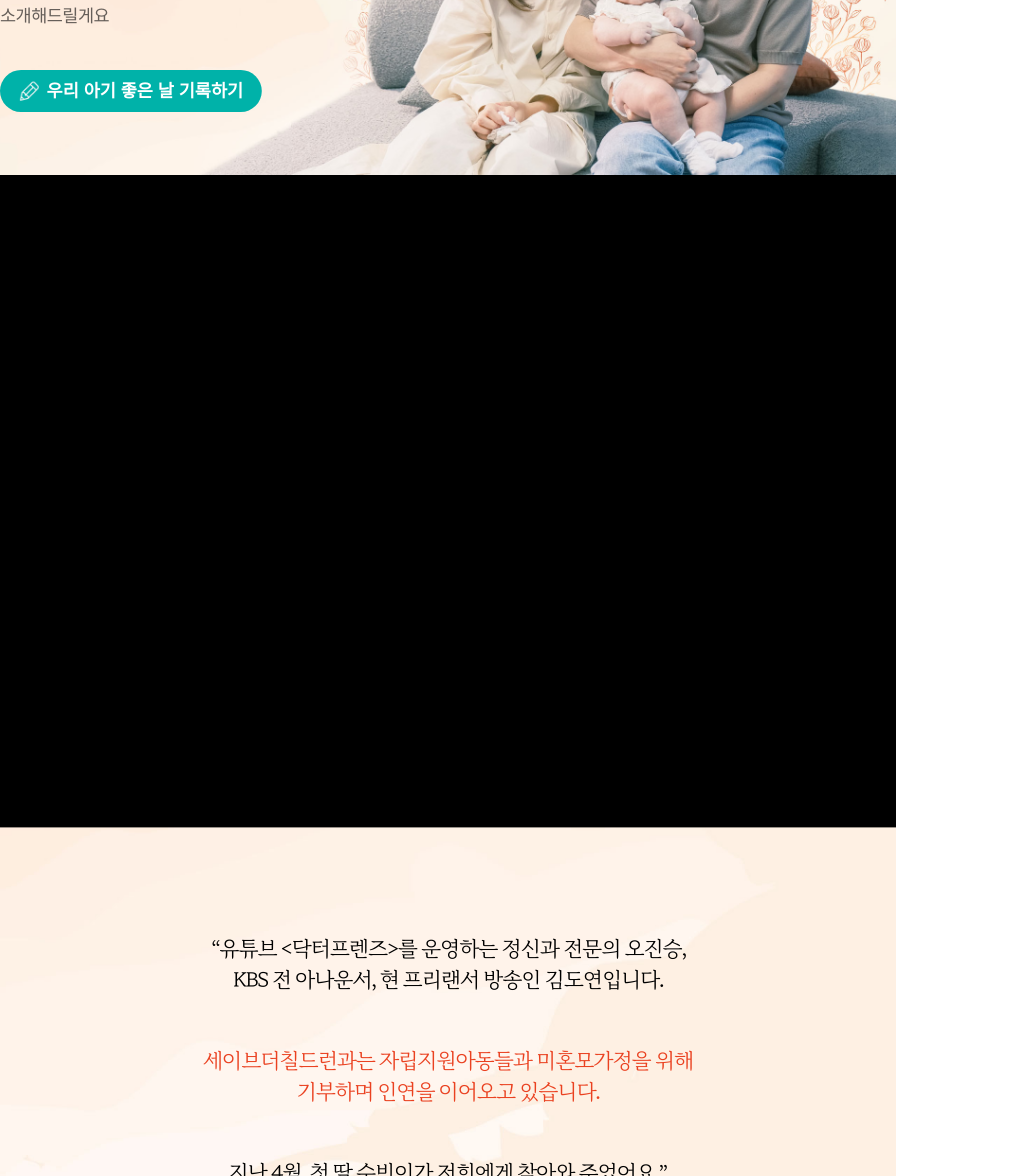
Repository: dlgywls1130/saveTheChildren
Page: index.html
The author's editor kept a copy of each file at every save. The page is drawn from the files as they stood at one save, then again after the next save.
The browser window is 1280 px wide. The page is 1459 px wide, so the pictures cover 1459 px, including what lies to the right of the window. The pictures show the part of the page from y = 470 to 2150 px (the page is 10612 px tall before and 10562 px after), at 70% of full size.
Some web fonts or font styles are not loaded; a fallback is used. The style sheet was rebuilt from its Sass, Less or Tailwind sources for each picture, by a compiler version that may differ from the author's.

Above is the page before, as saved 2024-11-01 23:42:03.

### index.html
<!DOCTYPE html>
<html lang="en">
<head>
    <meta charset="UTF-8">
    <meta name="viewport" content="width=device-width, initial-scale=1.0">
    <title>Document</title>

    <link rel="stylesheet" href="./css/common.css">
</head>
<body>

    <!-- main -->
    <section class="main_container">
        <div class="container">
            <div class="logo_title mb-60">
                <img src="./images/logo.png" alt="logo">
                <p>우리 아기 좋은 날 기부</p>
            </div>

            <p class="sub_title mb-30">
                의사 오진승, 아나운서 김도연 가족과 함께하는
            </p>

            <h2 class="mb-50">우리 아기<br>좋은 날 일기</h2>

            <p class="sub_span_text mb-40">
                여러분은 자녀의 소중한 순간을<br>
                어떻게 기념 하시나요?
            </p>

            <p class="sub_descript mb-60">
                보통 사진을 찍고 영상을 남기는 분들이 많으실 거에요. <br>
                <span>소중한 날을 특별하게 기념하는 방법</span>을<br>
                소개해드릴게요
            </p>

            <a href="#" class="record_btn">
                <img src="/images/pencle.png" alt="pencle">
                <p>우리 아기 좋은 날 기록하기</p>
            </a>
        </div>
    </section>

    <!-- 스토리섹션 -->

    <section class="story_section">
        <div class="container">

            <!-- 영상 -->
            <div class="video_container mb-150 pt-150">
                <video></video>
            </div>

            <div class="story_01">
                <p class="s01 mb-70">
                    “유튜브 <닥터프렌즈>를 운영하는 정신과 전문의 오진승,
                    <br>KBS 전 아나운서, 현 프리랜서 방송인 김도연입니다.
                </p>

                <p class="s01_1 mb-70">
                    세이브더칠드런과는 자립지원아동들과 미혼모가정을 위해
                    <br>기부하며 인연을 이어오고 있습니다.
                </p>

                <p class="s01_2 mb-70">
                    지난 4월, 첫 딸 수빈이가 저희에게 찾아와 주었어요.”
                </p>

                <img src="/images/s1_1.png" alt="story">
            </div>


            <div class="story_02 mb-150">
                <div class="story_02_01">
                    <div class="story_image">
                        <img src="/images/s2_1.png" alt="stroy">
                    </div>
                    <div class="story_text-contain py-150">
                        <p class="story_text_01 mb-50">
                            아이가 태어나고 많은 것이 바뀌었습니다.
                        </p>
                        <p class="story_text_02 mb-50">
                            사실 저는 아이를 좋아하는 편은 아니었어요.
                            <br>하지만 낳고 처음 마주하는 순간, 생각했어요.
                        </p>
                        <p class="story_text_03 mb-50">
                            ‘천년의 사랑이 시작되었다.’
                        </p>

                        <p class="story_text_04">
                            지금은 힘들어도 아이 얼굴만 보면 웃음이 나와요.
                        </p>
                    </div>


                </div>
            </div>

            <div class="story_03 mb-200">
                <div class="story_03_01">
                    <div class="story_text-contain py-150">
                        <p class="story_text_01 mb-100">
                            자신의 자녀를 볼 때 나오는
                            <br>도파민의 양이
                            <br>마음에 드는 이성을 보았을 때
                            <br>나오는 도파민 양의 10배나 된대요.
                        </p>
                        <p class="story_text_02 mb-60">
                            저는 현재에 안주하며 사는 편이었는데,
                            <br>딸이 태어난 후부터 삶에 대해 더 고민하며
                            <br>잘하려고 노력하게 되더라구요.
                        </p>
                        <p class="story_text_03">
                            아이가 삶의 원동력이 된 셈이죠.
                        </p>

                    </div>

                    <div class="story_image">
                        <img src="/images/s3_1.png" alt="stroy">
                    </div>



                </div>
            </div>

            <div class="story_04">
                <div class="story04_01 mb-150">

                    <div class="story_image">
                        <img src="/images/s4_1.png" alt="stroy">
                    </div>

                    <div class="story_text-contain py-100">
                        <p class="story_text_01 mb-60">
                            요즘은 수빈이와 함께
                            <br>놀이터 갈 날을
                            <br>손꼽아 기다리고 있어요.
                        </p>
                        <p class="story_text_02">
                            아직 말귀도 못 알아듣는 아이한테
                            <br>“너 언제 커서 아빠랑 놀이터 갈래?”
                            <br>묻고는 하죠.
                        </p>

                    </div>

                </div>

                <div class="story04_02 mb-200">

                    <div class="story_text-contain pt-30">
                        <p class="story_text_01 mb-50">
                            한편으로는 아이를 정신없이 키우다 보니
                            <br>탄생의 순간이 희미해지고 있었어요.
                        </p>
                        <p class="story_text_02">
                            우리 아기 좋은 날 캠페인에 참여해서
                            <br>직접 <span>기념일 이야기를 담은 후원감사증서</span>를 받아보니,
                            <br>그때 생각이 나서 너무 좋았어요.
                        </p>

                    </div>

                    <div class="story_image">
                        <img src="/images/s4_2.png" alt="stroy">
                    </div>

                </div>
            </div>

            <div class="story_05">
                <div class="story_05_01 pt-120 pb-60 px-60 mb-150">
                    <div class="img_story">
                        <img src="/images/s5_1.png">
                    </div>
                    <div class="story_text">
                        “아이가 건강하게 발달단계를 해내는
                        <br>소중한 순간에 기부를 하면
                        <br>수빈이가 더 건강하고,행복하게
                        <br>자라게 되지 않을까요?
                        <br>
                        <br>소중한 순간마다 기부하고
                        <br>앨범처럼 남겨서 보여주면
                        <br>자랑스러운 부모가 될 것 같아요”
                    </div>
                </div>

                <div class="story_05_02 px-60 mb-150">

                    <div class="story_text">
                        “저는 칭찬 받거나 스스로에게 자부심을
                        <br>느낀 순간은 오래 기억된다고 생각해요.
                        <br>
                        <br>내 아이에게 ‘네가 첫 양치질을 잘 해낸
                        <br>기념으로  다른 친구를 도왔어.’ 라고
                        <br>말해준다면 그 뿌듯함을 밑거름으로
                        <br>자기 자신과 다른 사람 모두 사랑할 수 있는
                        <br>아이로 성장하지 않을까요?”
                    </div>

                    <div class="img_story">
                        <img src="/images/s5_2.png">
                    </div>

                </div>


                <div class="middle_cotain pb-100">
                    <p class="mb-70">첫 걸음마, 첫돌, 처음 엄마 아빠를 부른 날, 처음 비를 맞아본 날,
                    <br>처음 놀이터에 간 날, 그 소중한 순간을 기부로 기록해 보세요.</p>

                    <p class="mb-200">후원해주신 모든 분들께 직접 작성한 기념일 이야기가 담긴 <span>후원감사증서</span>를 드리며,
                    <br>30만원 이상 후원해 주신 분들께는 이름을 수놓은 <span>순면거즈블랭킷</span>을 증정하고 있습니다. </p>

                    <div class="middle_image mb-100">
                        <div class="middel_left">
                            <img src="/images/s6_1.png">
                        </div>
                        <div class="middel_right">
                            <img src="/images/s6_2.png">
                        </div>

                        <a href="#">
                            <img src="/images/floating.png" class="float_image">
                        </a>

                    </div>


                    <a href="#" class="record_btn">
                        <img src="/images/pencle.png" alt="pencle">
                        <p>우리 아기 좋은 날 기록하기</p>
                    </a>
                </div>



            </div>

        </div>


    </section>

    <!-- 후원신청 과정 -->

    <section class="sponsor_section">
        <div class="container">

            <div class="sponsor-container">
                <h2>후원신청 과정</h2>

                <div class="sponsor_list">
                    <div class="sponsor_list_inner">
                        <div class="list-inner-img">
                            <img src="">
                        </div>
                        <p>후원신청하기</p>

                    </div>
                    <span class="arrow-img"><img src=""></span>
                    <div class="sponsor_list_inner">
                        <div class="list-inner-img">
                            <img src="">
                        </div>
                        <p>후원감사증서<br>메시지 적기</p>

                    </div>
                    <span class="arrow-img"><img src=""></span>
                    <div class="sponsor_list_inner">
                        <div class="list-inner-img">
                            <img src="">
                        </div>
                        <p>신청완료</p>

                    </div>
                    <span class="arrow-img"><img src=""></span>
                    <div class="sponsor_list_inner">
                        <div class="list-inner-img">
                            <img src="">
                        </div>
                        <p>후원감사증서 발송<br>(1주일이내)</p>

                    </div>
                </div>

                <p class="info-span">30만원 이상 후원자 분들께는 순면거즈블랭킷 제작을 위한 문자가 별도 발송됩니다. (후원 2-3일 이내)</p>
            </div>


            <div class="sponsor-inner">
                <h2>후원금, 이렇게 쓰여요!</h2>

                <p>
                    세이브더칠드런은 국내외 아동을 대상으로
                    생계지원, 의료지원,  영유아용품지원, 재해재난 상황에서의
                    긴급구호 등의 활동을 진행하고 있습니다.

                    보내주신 후원금은 정치, 종교, 인종에 관계없이
                    모든 아이들을 구해야 한다는  세이브더칠드런의 신념에 따라
                    가장 도움 필요한 아이를 위해 우선 사용됩니다.

                </p>

                <img src="/images/baby.png">
            </div>
        </div>

    </section>

    <!-- faq -->
    <section class="faq_section">
        <div class="container">
            <h2>FAQ</h2>

            <ul class="faq_list">
                <li>
                    <div class="faq_question">
                        <img src="/images/leaves.png">
                        <p>30만원 이상 후원했습니다. 거즈 순면 블랭킷은 언제 오나요?</p>
                    </div>
                    <div class="faq_answer">
                        우리 아기 좋은 날 기부로 30만원 이상 후원자님들께는 담요에 수놓을 아기 이름과 선물 수령 주소
                        확인을 위한 문자가 발송됩니다. 02-6900-4479로 발송되는 문자 속 설문조사에 답해주세요.
                        확인을 완료하신 분들께는 블랭킷 제작을 담당하고 있는 조니 스튜디오에서 아기 이름 자수
                        작업 완료 후 배송해 드립니다.

                    </div>
                </li>
                <li>
                    <div class="faq_question">
                        <img src="/images/leaves.png">
                        <p>순면 거즈 블랭킷, 안전한 제품인가요? </p>
                    </div>
                    <div class="faq_answer">
                        본 블랭킷은 워싱된 3중 거즈로 제작되었으며, KC안전검사를 완료하였습니다.
                        소재 특성상 섬유 조각이 발생할 수 있어 망에 넣지 않고 3번 정도 물빨래 하시는 것을 권장합니다.

                    </div>
                </li>
                <li>
                    <div class="faq_question">
                        <img src="/images/leaves.png">
                        <p>순면 거즈 블랭킷을 받았는 데 하자가 있어요. 어떻게 해야 하나요? </p>
                    </div>
                    <div class="faq_answer">
                        물품에 동봉된 조니스튜디오 연락처로 연락 부탁드립니다. 하자 물품에 대한 교환은 수령일로부터
                        7일 이내에 조니스튜디오에 연락해주셔야 하며, 이로 인한 후원금 환불은 어렵습니다.

                    </div>
                </li>
                <li>
                    <div class="faq_question">
                        <img src="/images/leaves.png">
                        <p>후원감사증서에 넣을 수 있는 사진 사이즈는 얼마인가요?</p>
                    </div>
                    <div class="faq_answer">
                        사진 인화 사이즈 5*7 인치에 맞추어서 제작되었습니다.  그보다 작은 사진일 경우,
                        후원감사증서  내부의 주머니에 넣어 보관하실 수도  있습니다.

                    </div>
                </li>
            </ul>
        </div>
    </section>
</body>
</html>

Loaded but not shown: css/common.scss (764 lines, source omitted)

After the next save:
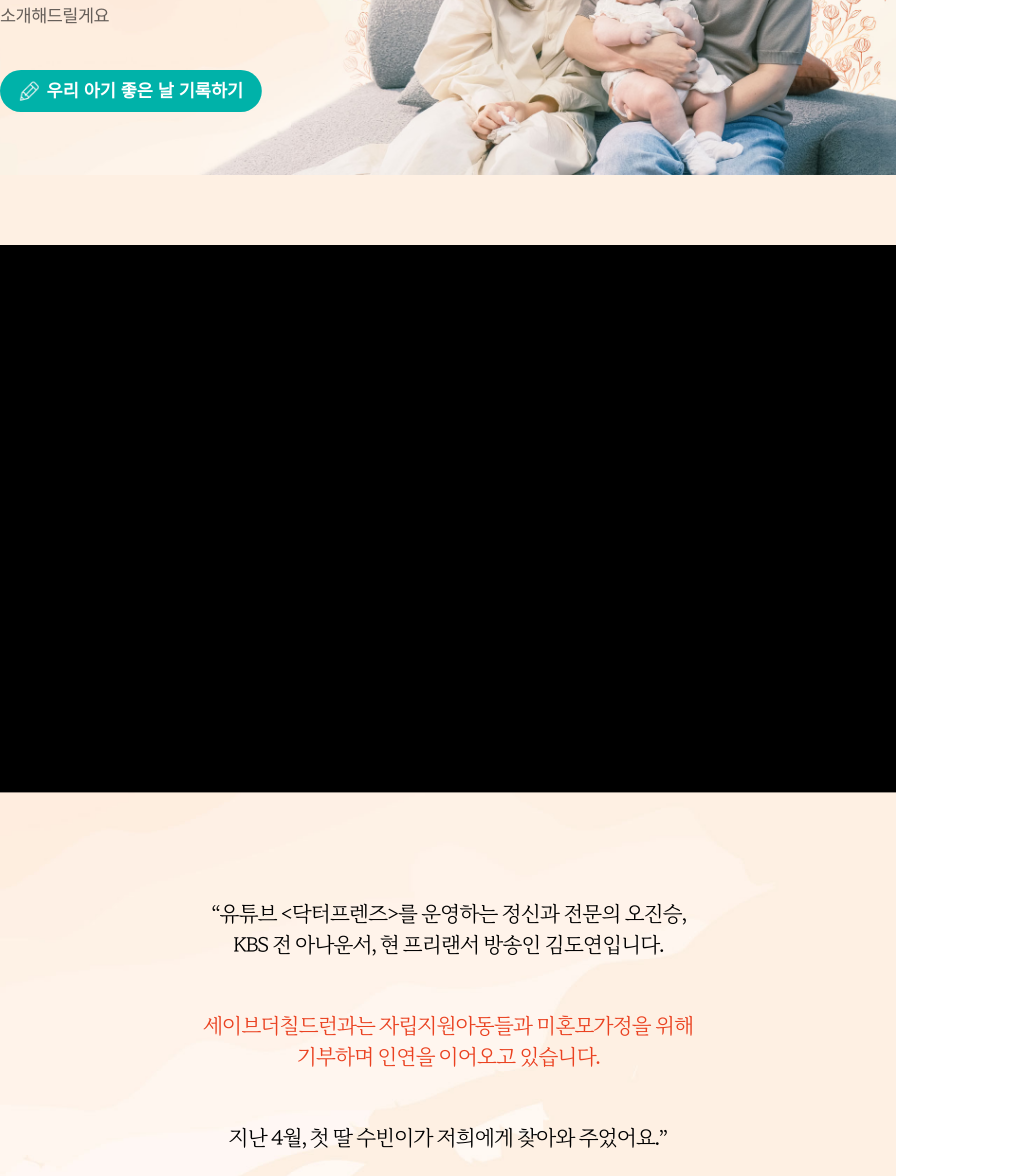
Saved 18 s later.
--- a/index.html
+++ b/index.html
@@ -44,10 +44,10 @@
     <!-- 스토리섹션 -->
 
     <section class="story_section">
-        <div class="container">
+        <div class="container pt-100">
 
             <!-- 영상 -->
-            <div class="video_container mb-150 pt-150">
+            <div class="video_container mb-150 ">
                 <video></video>
             </div>
 
